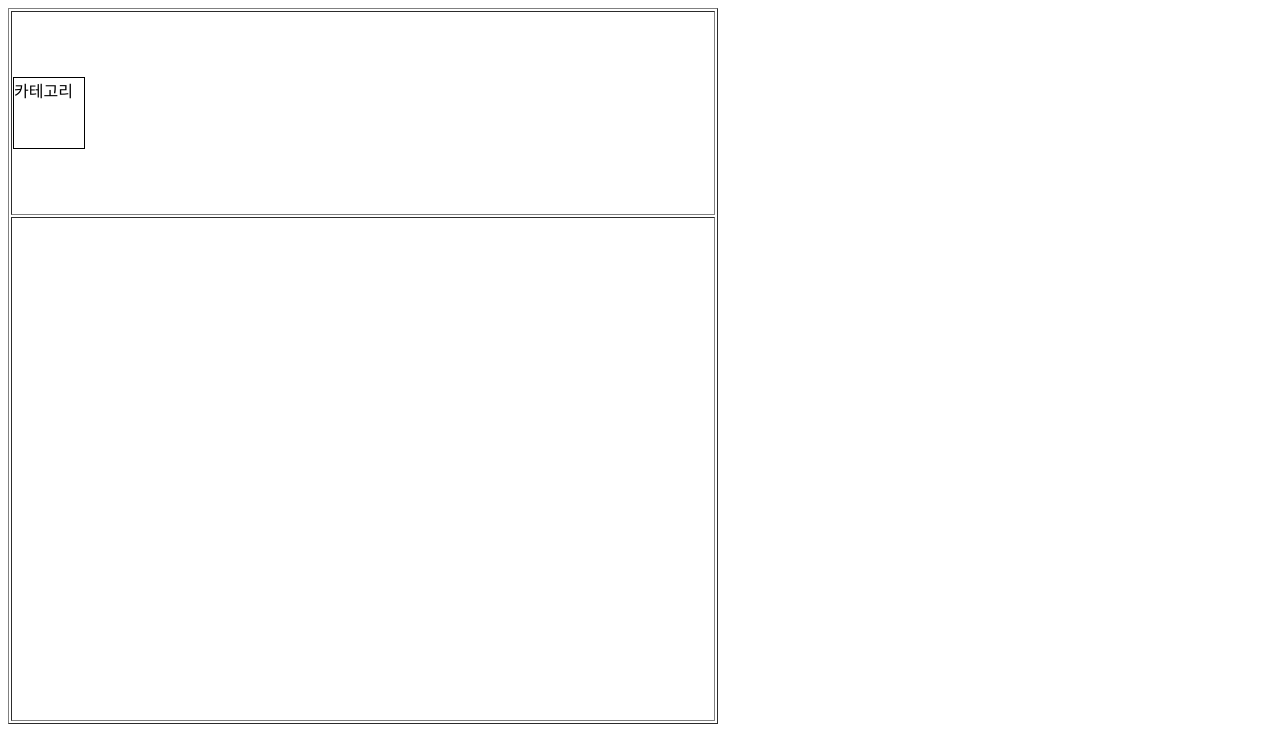
Repository: HmDol/Spring_study
Page: http://localhost/project1/Exweb.jsp
The author's editor kept a copy of each file at every save. The page is drawn from the files as they stood at one save, then again after the next save.
The browser window is 1280 px wide. The pictures show the whole page.
The page is served by Tomcat 10. Other server files are loaded and not shown.

Above is the page before, as saved 2023-09-06 06:32:54.

### project1/src/main/webapp/Exweb.jsp
<%@ page language="java" contentType="text/html; charset=EUC-KR"
	pageEncoding="EUC-KR"%>
<!DOCTYPE html>
<html>
<head>
<meta charset="EUC-KR">
<title>Insert title here</title>
</head>
<script>
let cate1 = ["의류", "가전", "컴퓨터"];
let cate2 = [["여성복", "남성복", "아동복"], ["TV","세탁기","냉장고"], ["데스크탑", "노트북", "주변기기"]];
let cate3 = [[["원피스","투피스"], ["셔츠","바지","남방"],["내복", "우주복"]],
	[["LG TV","삼성TV","중소TV"],["LG세탁기","삼성세탁기","중소 세탁기"],["LG냉장고","삼성냉장고","중소냉장고"]],
	[["LG데스크탑","삼성데스크탑","중소 데스크탑"],["LG노트북","삼성노트북","중소노트북"],["프린터","스피커","마이크"]]];

const a = () => {
	let txt = "<div id =><table style='background-clolr:gray' border='1'>";
	for(let s of cate1){
		txt += "<tr><td style='width:100px; height:40px'>" + s + "</td></tr>";
	}
	txt +="</table></div> ";
	let e1 = document.getElementById("cate1");
	e1.innerHTML = txt;
	e1.style.display='';
}

const b = () => {
	let e1 = document.getElementById("cate1");
	e1.innerHTML = "";
	e1.style.display='none';
}

</script>
<body>
	<div id="cate1"
		style='position: absolute; top: 140px; left: 10px; display: none'></div>
	<table border="1">
		<tr>
			<td style="width: 700px; height: 200px">
				<div id="cate" style="width:70px;height:70px; background-color:yello; border: 1px solid black"
					onmouseover="a()" onmouseout="b()">카테고리</div>
			</td>
		</tr>
		<tr>
			<td style="width: 700px; height: 500px">
				<div id="content"></div>
			</td>
		</tr>
	</table>
</body>
</html>

After the next save:
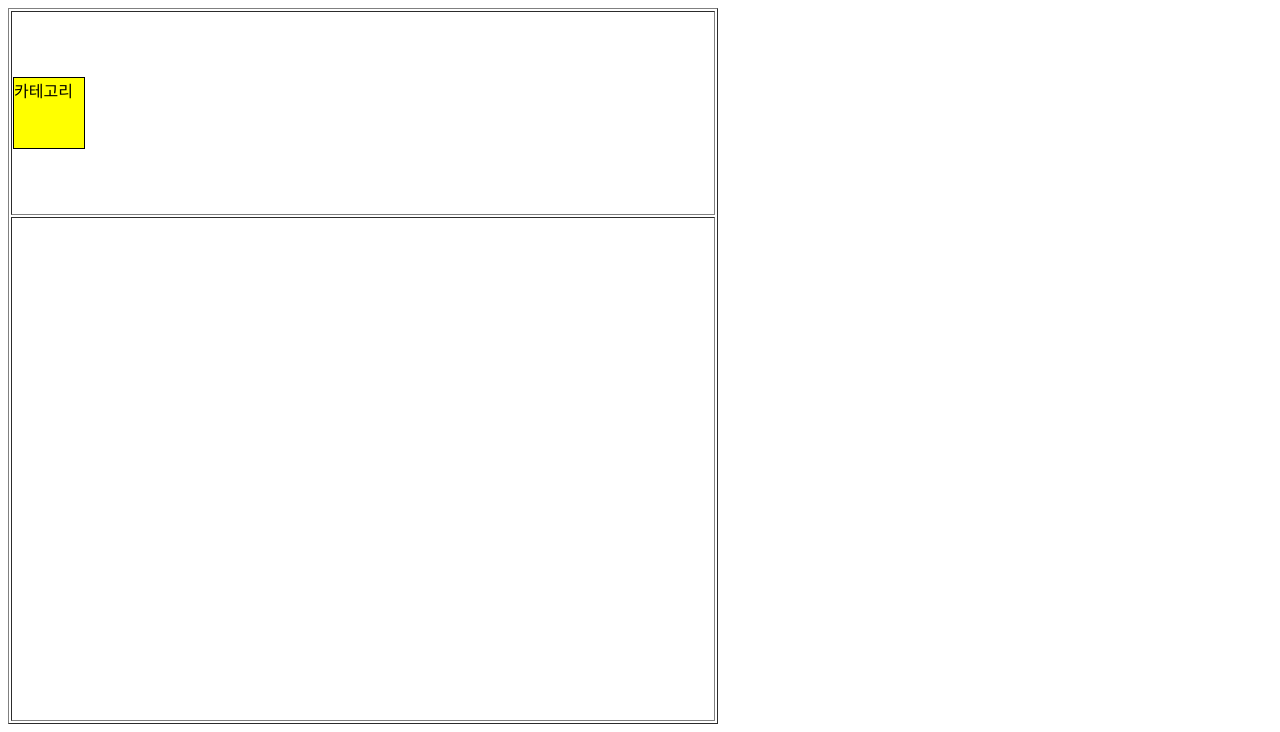
Saved 7 s later.
--- a/project1/src/main/webapp/Exweb.jsp
+++ b/project1/src/main/webapp/Exweb.jsp
@@ -37,7 +37,7 @@ const b = () => {
 	<table border="1">
 		<tr>
 			<td style="width: 700px; height: 200px">
-				<div id="cate" style="width:70px;height:70px; background-color:yello; border: 1px solid black"
+				<div id="cate" style="width:70px;height:70px; background-color:yellow; border: 1px solid black"
 					onmouseover="a()" onmouseout="b()">카테고리</div>
 			</td>
 		</tr>
